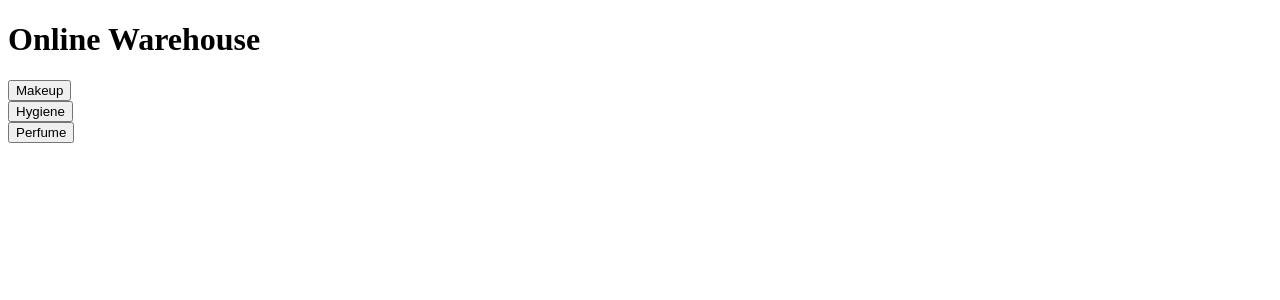
Repository: orsi-batiz/SEwithJSP
Page: http://localhost/OnlineWarehouse/categories.jsp
These files come from the project's save history. The page is drawn as it stood at one moment and after the next save; the edit follows.
The browser window is 1280 px wide. The pictures show the whole page.
The page is served by Tomcat 9. Other server files are loaded and not shown.

Above is the page before, as saved 2019-01-17 01:37:49.

### OnlineWarehouse/OnlineWarehouse/WebContent/categories.jsp
<%@ page language="java" contentType="text/html; charset=ISO-8859-1"
    pageEncoding="ISO-8859-1"%>
<!DOCTYPE html>
<html>
<head>
<meta charset="ISO-8859-1">
<title>Insert title here</title>
</head>
<body>

<div class="category-container">

    <div class="header">
  		<h1>Online Warehouse</h1>
	</div>

    <div class="category-bar">
       <form action="makeupServlet" method="get">
				<input type="submit" value="Makeup" /></form>
       <form action="hygieneServlet" method="post">
				<input type="submit" value="Hygiene" /></form>
	   <form action="perfumeServlet" method="post">
				<input type="submit" value="Perfume" /></form>
    </div>
</div>

</body>
</html>

After the next save:
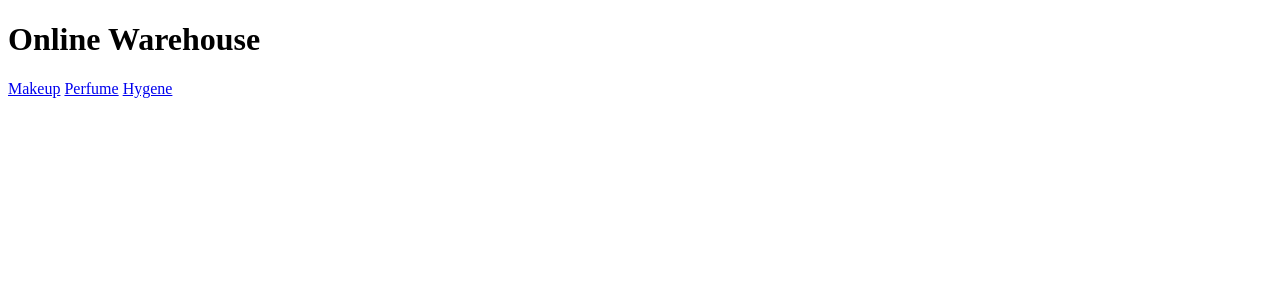
Saved 117 s later.
--- a/OnlineWarehouse/OnlineWarehouse/WebContent/categories.jsp
+++ b/OnlineWarehouse/OnlineWarehouse/WebContent/categories.jsp
@@ -15,12 +15,15 @@
 	</div>
 
     <div class="category-bar">
-       <form action="makeupServlet" method="get">
+      <!-- <form action="makeupServlet" method="get">
 				<input type="submit" value="Makeup" /></form>
        <form action="hygieneServlet" method="post">
 				<input type="submit" value="Hygiene" /></form>
 	   <form action="perfumeServlet" method="post">
-				<input type="submit" value="Perfume" /></form>
+				<input type="submit" value="Perfume" /></form> -->
+	<a href="categories.jsp" > Makeup</a>
+	<a href="categories.jsp" > Perfume</a>
+	<a href="categories.jsp" > Hygene</a>
     </div>
 </div>
 
